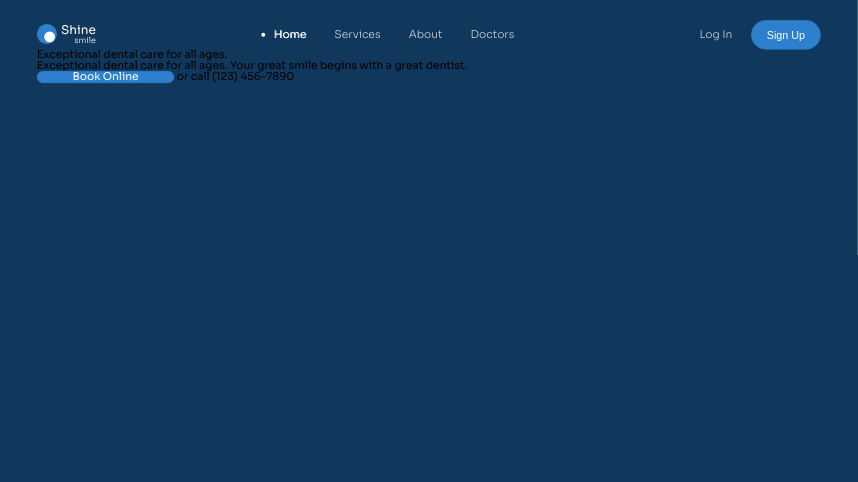
Repository: Tran-Dat/F8_Project_03
Page: index.html
An editor plug-in stored every save of this project. The page is shown before and after the next save, followed by the edit.
The browser window is 1280 px wide. The pictures show the whole page, at 67% of full size.

Above is the page before, as saved 2023-04-03 10:20:23.

### index.html
<!DOCTYPE html>
<html lang="en">
    <head>
        <meta charset="UTF-8" />
        <meta http-equiv="X-UA-Compatible" content="IE=edge" />
        <meta name="viewport" content="width=device-width, initial-scale=1.0" />
        <title>shine smile</title>

        <!-- Favicon -->
        <link rel="apple-touch-icon" sizes="57x57" href="./assets/favicon/" />
        <link
            rel="apple-touch-icon"
            sizes="60x60"
            href="./assets/favicon/apple-icon-60x60.png"
        />
        <link
            rel="apple-touch-icon"
            sizes="72x72"
            href="./assets/favicon/apple-icon-72x72.png"
        />
        <link
            rel="apple-touch-icon"
            sizes="76x76"
            href="./assets/favicon/apple-icon-76x76.png"
        />
        <link
            rel="apple-touch-icon"
            sizes="114x114"
            href="./assets/favicon/apple-icon-114x114.png"
        />
        <link
            rel="apple-touch-icon"
            sizes="120x120"
            href="./assets/favicon/apple-icon-120x120.png"
        />
        <link
            rel="apple-touch-icon"
            sizes="144x144"
            href="./assets/favicon/apple-icon-144x144.png"
        />
        <link
            rel="apple-touch-icon"
            sizes="152x152"
            href="./assets/favicon/apple-icon-152x152.png"
        />
        <link
            rel="apple-touch-icon"
            sizes="180x180"
            href="./assets/favicon/apple-icon-180x180.png"
        />
        <link
            rel="icon"
            type="image/png"
            sizes="192x192"
            href="./assets/favicon/android-icon-192x192.png"
        />
        <link
            rel="icon"
            type="image/png"
            sizes="32x32"
            href="./assets/favicon/favicon-32x32.png"
        />
        <link
            rel="icon"
            type="image/png"
            sizes="96x96"
            href="./assets/favicon/favicon-96x96.png"
        />
        <link
            rel="icon"
            type="image/png"
            sizes="16x16"
            href="./assets/favicon/favicon-16x16.png"
        />
        <link rel="manifest" href="./assets/favicon/manifest.json" />
        <meta name="msapplication-TileColor" content="#ffffff" />
        <meta
            name="msapplication-TileImage"
            content="./assets/favicon/ms-icon-144x144.png"
        />
        <meta name="theme-color" content="#ffffff" />

        <!-- Emmet Fonts -->
        <link rel="preconnect" href="https://fonts.googleapis.com" />
        <link rel="preconnect" href="https://fonts.gstatic.com" crossorigin />
        <link
            href="https://fonts.googleapis.com/css2?family=Sora:wght@300;400;500;600;700;800&display=swap"
            rel="stylesheet"
        />

        <!-- Reset Css -->
        <link rel="stylesheet" href="./assets/css/reset.css" />
        <link rel="stylesheet" href="./assets/css/style.css" />
    </head>
    <body>
        <header class="header">
            <div class="container">
                <!-- Header top -->
                <div class="header-top">
                    <!-- Logo -->
                    <a href="/">
                        <div class="logo">
                            <span class="logo__circle"> </span>
                            <span class="logo__text">
                                <span class="logo__brand">Shine</span>
                                <span class="logo__brand logo__brand--small">
                                    smile
                                </span>
                            </span>
                        </div>
                    </a>

                    <!-- NavBar -->
                    <nav class="navbar">
                        <ul class="navbar__list">
                            <li class="navbar__item">
                                <a
                                    href="#!"
                                    class="navbar__link navbar__item--active"
                                >
                                    Home
                                </a>
                            </li>
                            <li class="navbar__item">
                                <a href="#!" class="navbar__link">Services</a>
                            </li>
                            <li class="navbar__item">
                                <a href="#!" class="navbar__link">About</a>
                            </li>
                            <li class="navbar__item">
                                <a href="#!" class="navbar__link">Doctors</a>
                            </li>
                        </ul>
                    </nav>

                    <!-- Action -->
                    <div class="header-action">
                        <a href="" class="header-action__login">Log In</a>
                        <button href="" class="btn header-action__signup">
                            Sign Up
                        </button>
                    </div>
                </div>

                <!-- Hero -->
                <section class="hero">
                    <!-- Hero content -->
                    <section class="hero__content">
                        <h1 class="hero__heading">
                            Exceptional dental care for all ages.
                        </h1>
                        <p class="hero__desc">
                            Exceptional dental care for all ages. Your great
                            smile begins with a great dentist.
                        </p>
                        <div class="hero__row">
                            <a href="" class="btn">Book Online</a>
                            <span class="hero__phone"
                                >or call (123) 456-7890</span
                            >
                        </div>
                    </section>

                    <!-- Hero media -->
                    <div class="hero__media">
                        <figure class="hero__images">
                            <img src="" alt="" class="hero__img" />
                            <img src="" alt="" class="hero__img" />
                        </figure>
                    </div>
                </section>
            </div>
        </header>
    </body>
</html>

### assets/css/style.css
* {
    box-sizing: border-box;
}

:root {
    --header-bg: #10375c;
}

html {
    font-size: 62.5%;
}

body {
    font-size: 1.6rem;
    font-family: "Sora", sans-serif;
}

/* ================================================================ Common ================================================================ */

.btn {
    --heigh: 60px;

    display: inline-block;
    min-width: 205px;
    height: var(--height);
    padding: 0 20px;
    border-radius: 99px;
    border: 1px solid #2e80ce;
    font-size: 1.6rem;
    font-weight: 400;
    text-align: center;
    line-height: var(--height);
    color: #fff;
    background: #2e80ce;
}

.btn:hover {
    opacity: 0.9;
    cursor: pointer;
}

a {
    text-decoration: none;
}

.container {
    width: 1170px;
    max-width: calc(100% - 48px);
    margin: 0 auto;
}

/* ================================================================ Header ================================================================ */

.header {
    min-height: 100vh;
    background: var(--header-bg);
    padding-top: 30px;
}

.header-top {
    display: flex;
    justify-content: space-between;
    align-items: center;
}

.logo {
    display: inline-flex;
    position: relative;
    font-size: 1rem;
}

.logo__circle::before,
.logo__circle::after {
    content: "";
    display: inline-block;
    border-radius: 50%;
}

.logo__circle::before {
    width: 3em;
    height: 3em;
    background: #2e80ce;
}

.logo__circle::after {
    position: absolute;
    top: 1.1em;
    left: 1.1em;
    width: 1.6em;
    height: 1.6em;
    background: #fff;
}

.logo__text {
    margin-left: 0.6em;
    text-align: right;
    line-height: 1.6em;
}

.logo__brand {
    display: block;
    font-size: 1.8em;
    font-weight: 400;
    color: #fff;
}

.logo__brand--small {
    font-size: 1.2em;
    font-weight: 300;
}

.navbar__list {
    display: flex;
}

.header-action__login,
.navbar__link {
    padding: 4px 21px;
    font-weight: 300;
    font-size: 1.6rem;
    line-height: 1.75;
    color: #c9d2da;
}

.navbar__link:hover,
.navbar__item--active {
    text-shadow: 1px 0 0 currentColor;
    color: #fff;
}

.navbar__item--active::before {
    position: relative;
    left: -8px;
    top: -2px;
    content: "";
    display: inline-block;
    width: 6px;
    height: 6px;
    border-radius: 50%;
    background-color: #fff;
}

.header-action {
    display: flex;
    align-items: center;
}

.header-action__login {
    margin-right: 7px;
}

.header-action__signup {
    --height: 44px;
    height: var(--height);
    min-width: 104px;
}

Loaded but not shown: assets/css/reset.css (common file)

After the next save:
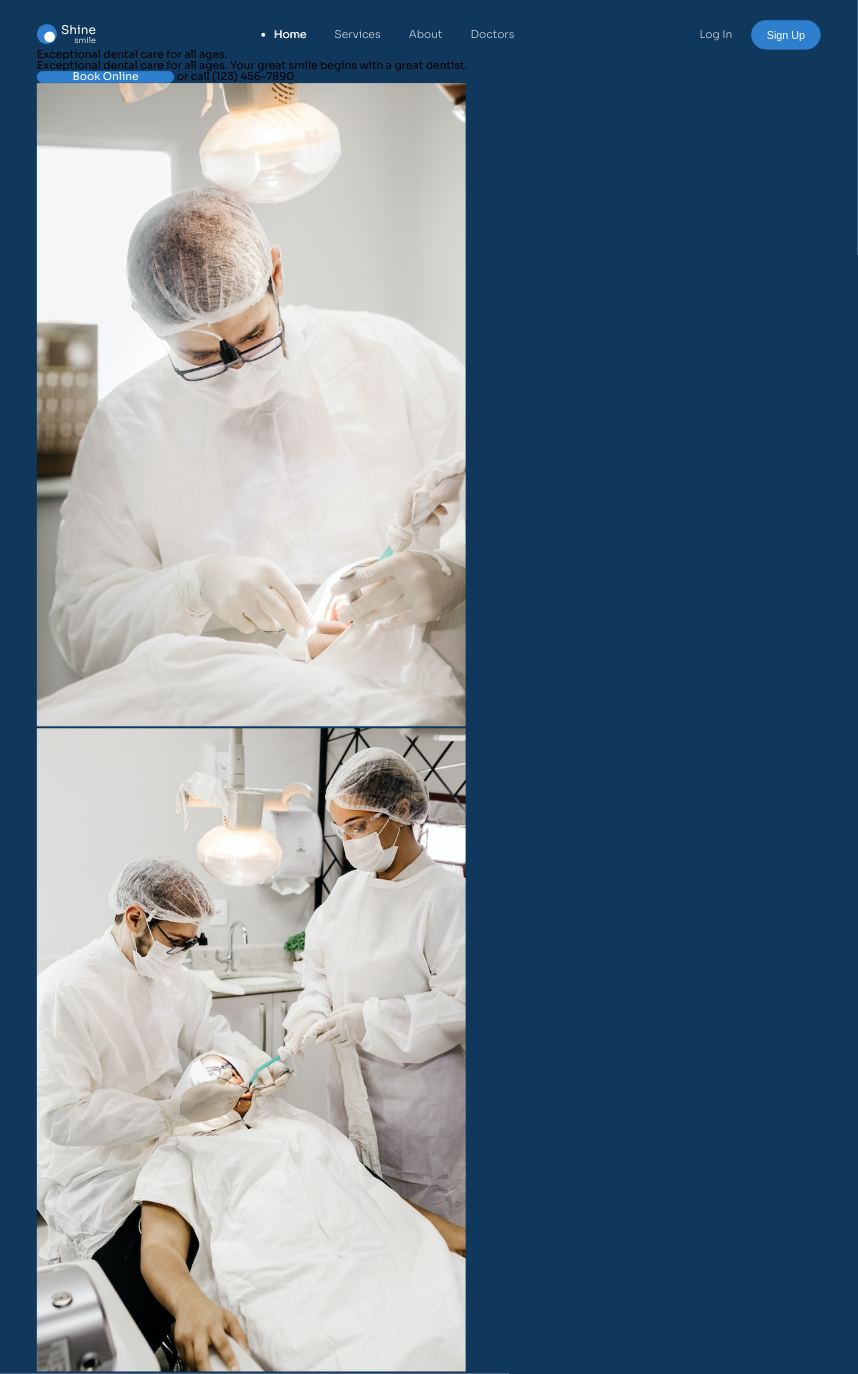
Saved 6 min 3 s later.
--- a/index.html
+++ b/index.html
@@ -164,8 +164,16 @@
                     <!-- Hero media -->
                     <div class="hero__media">
                         <figure class="hero__images">
-                            <img src="" alt="" class="hero__img" />
-                            <img src="" alt="" class="hero__img" />
+                            <img
+                                src="./assets/img/hero-01.jpg"
+                                alt=""
+                                class="hero__img"
+                            />
+                            <img
+                                src="./assets/img/hero-02.jpg"
+                                alt=""
+                                class="hero__img"
+                            />
                         </figure>
                     </div>
                 </section>
